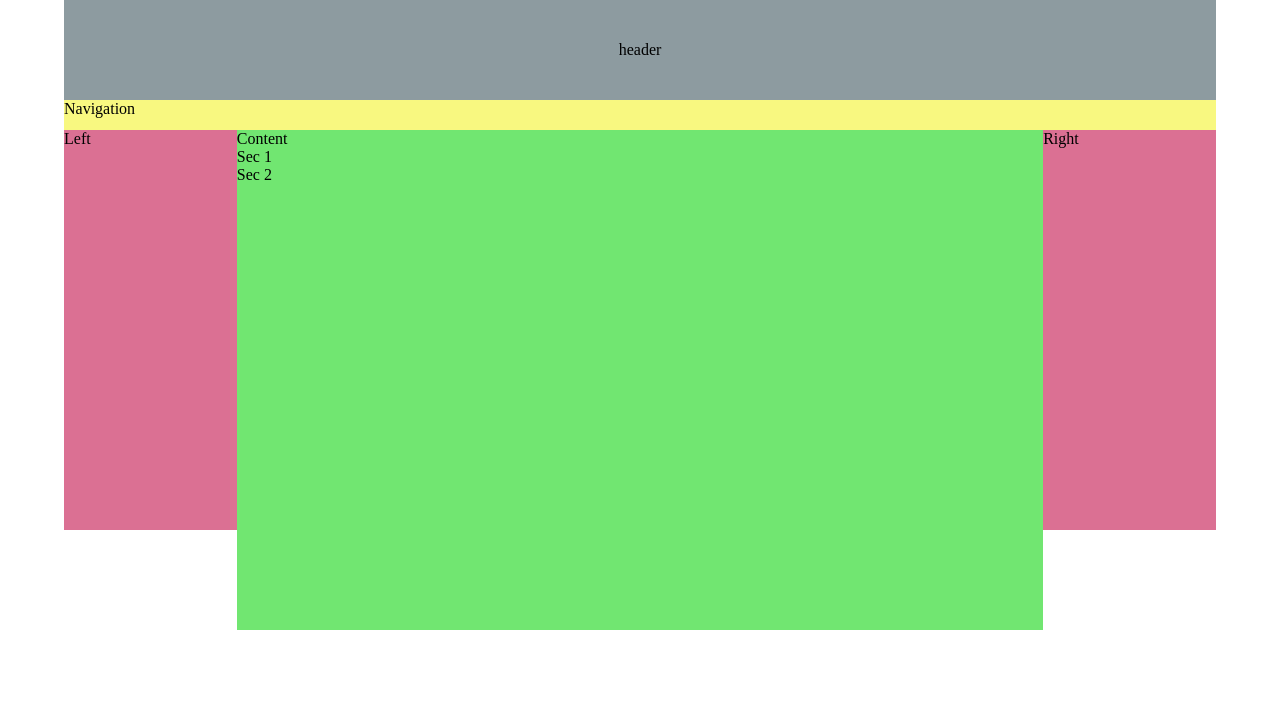
Repository: cvTuananh/Wed-famework
Page: Lab04/lab04/demo04.html
The author's editor kept a copy of each file at every save. The page is drawn from the files as they stood at one save, then again after a run of saves.
The browser window is 1280 px wide. The pictures show the whole page.

Above is the page before, as saved 2021-09-28 18:56:11.

After the next 3 saves:
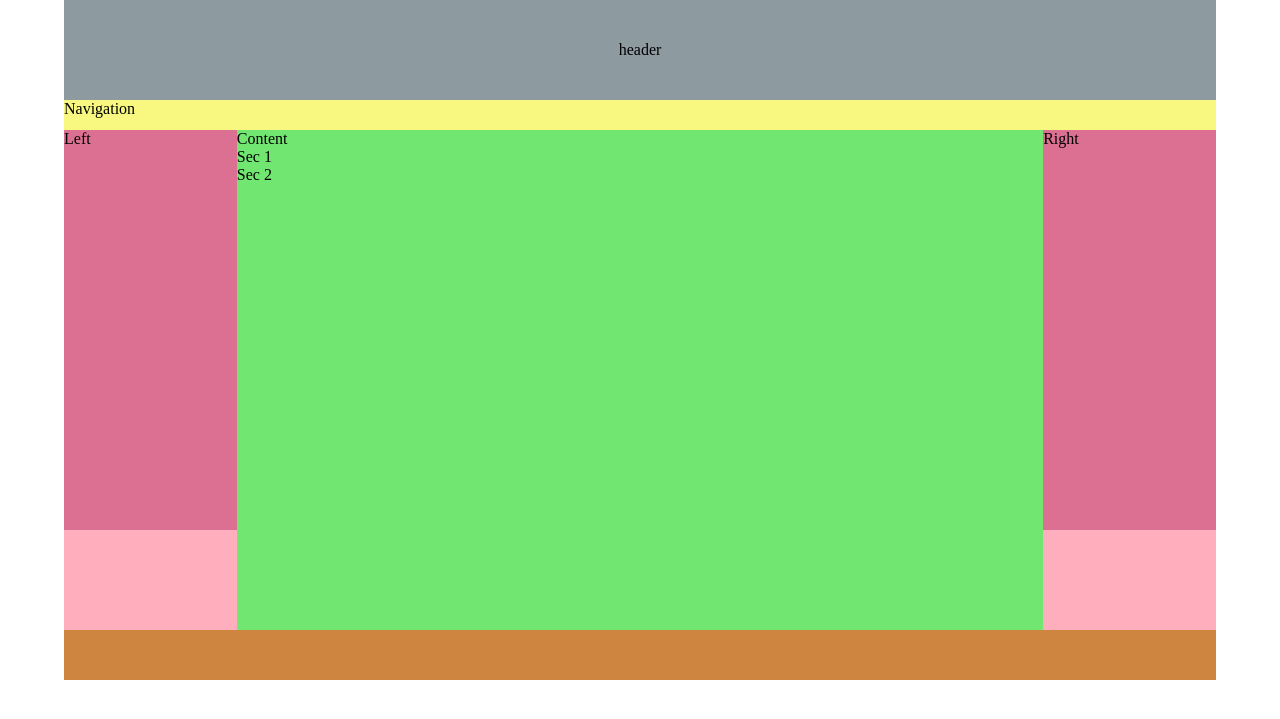
The 3 saves are shown as one change because they came seconds apart.
The last was saved 65 s later.
--- a/Lab04/lab04/demo04.css
+++ b/Lab04/lab04/demo04.css
@@ -37,4 +37,5 @@ footer{
     background-color: peru;
     height: 50px;
     text-align: center;
+    clear: both;
 }
